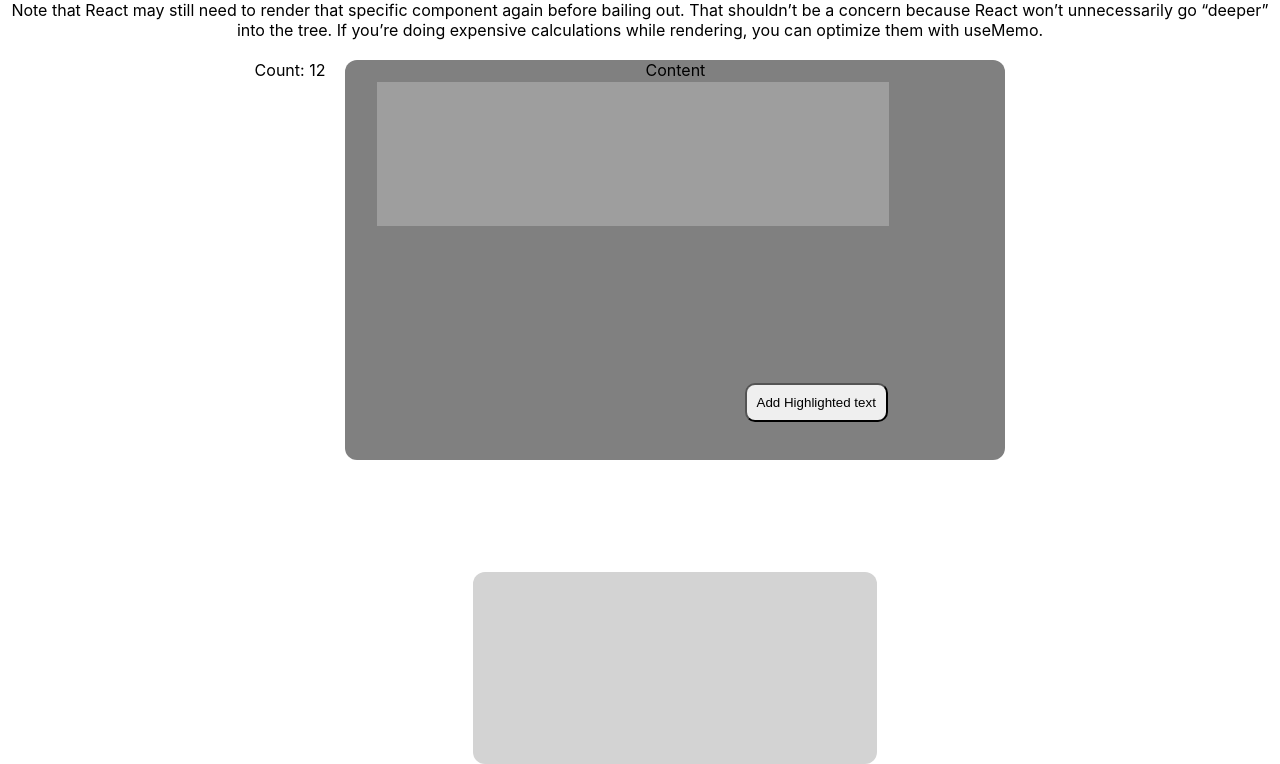
Repository: Farbod29/React-text-highlighter-with-hook-
Page: /
The author's editor kept a copy of each file at every save. The page is drawn from the files as they stood at one save, then again after a run of saves.
The browser window is 1280 px wide. The pictures show the whole page.
Pictures or frames that could not be fetched are drawn as grey boxes. The project was rebuilt for these pictures with package versions that can differ from the ones it lists, and the page was loaded fresh each time.

Above is the page before, as saved 2022-02-18 22:01:17.

### src/App.js
import './App.css';
import Highlighter from './highlighter';
function App() {
  return (
    <div className="App">
      <Highlighter />
    </div>
  );
}

export default App;

### src/highlighter.js
import React, { useEffect, useState } from 'react';

export default function Highlighter() {
  let doit = () => {
    document.onmouseup = () => {
      console.log(window.getSelection().toString());
    };
  };
  const [count, setCount] = useState(12);
  return (
    <>
      <div>
        {' '}
        Note that React may still need to render that specific component again
        before bailing out. That shouldn’t be a concern because React won’t
        unnecessarily go “deeper” into the tree. If you’re doing expensive
        calculations while rendering, you can optimize them with useMemo.
      </div>
      Count: {count}
      {/* <button onClick={() => setCount((prevCount) => prevCount - 1)}>-</button> */}
      <div
        style={{
          padding: '0px 10px',
          height: '400px',
          width: '50vw',
          margin: '20px',
          borderRadius: '12px',
          backgroundColor: 'gray',
          inline: true,
          fontColor: 'red',
          display: 'inline-block',
          textAlign: 'center',
          position: 'relative',
        }}
      >
        <div
          style={{
            padding: '0px 10px',
            backgroundColor: '#D3D3D3',
            height: '15vw',
            width: '30vw',
            left: '10vw',
            top: '40vw',
            borderRadius: '12px',
            position: 'absolute',
          }}
        />
        <img
          style={{
            height: '20vh',
            width: '40vw',
            position: 'absolute',
            border: '2px solid',
            borderColor: 'gray',
            left: 30,
            top: 20,
          }}
          src="https://pfrias.couragecompanion.eu/storage/m/_v2/213604778138275840/4f8b684e5-e9314a/vlyvkRQwb3ew/u8hVvH5l5IFvha9MQyXCzPOYLo2SXG3bqIpv6vBg.png"
        ></img>
        Content
        <div
          style={{
            position: 'absolute',
            bottom: '3vw',
            left: '24vw',
            right: '2vw',
          }}
        >
          <button
            style={{ padding: '10px', borderRadius: '10px' }}
            onClick={() => setCount(12)}
          >
            {' '}
            Add Highlighted text{' '}
          </button>
        </div>
      </div>
      {doit()}
    </>
  );
}

Loaded but not shown: public/index.html (common file); src/index.js (common file); src/index.css (common file); src/reportWebVitals.js (common file); src/App.css (common file)

After the next 2 saves:
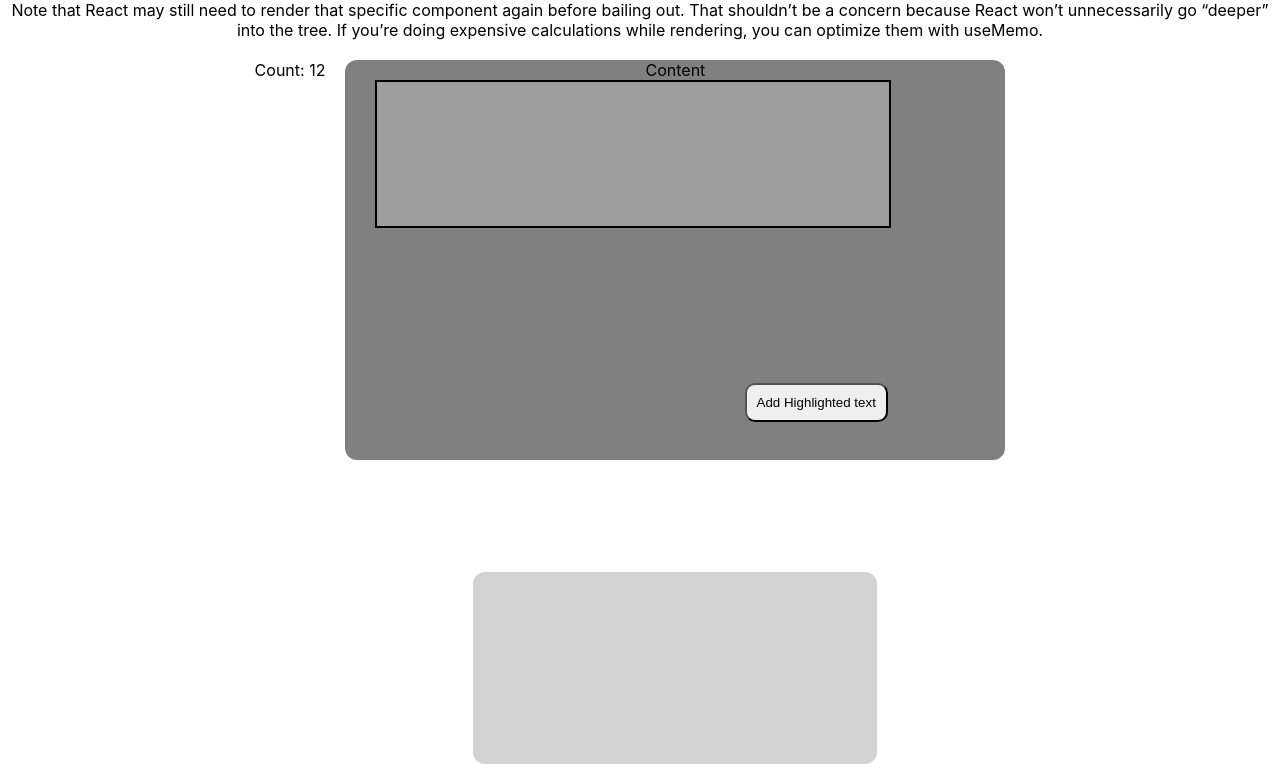
The 2 saves are shown as one change because they came seconds apart.
The last was saved 15 s later.
--- a/src/highlighter.js
+++ b/src/highlighter.js
@@ -51,7 +51,7 @@ export default function Highlighter() {
             width: '40vw',
             position: 'absolute',
             border: '2px solid',
-            borderColor: 'gray',
+            borderColor: '#ffffg',
             left: 30,
             top: 20,
           }}
